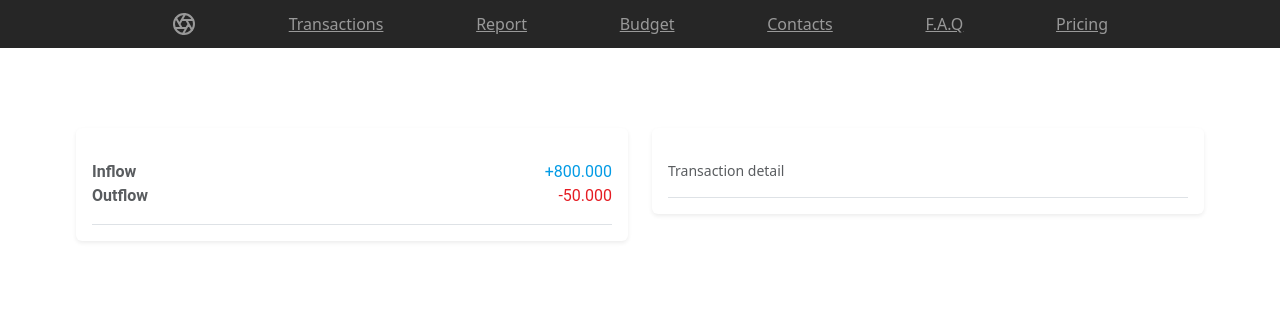
Repository: Nuriddinkhuja/budget-app-advanced
Page: index.html
The author's editor kept a copy of each file at every save. The page is drawn from the files as they stood at one save, then again after the next save.
The browser window is 1280 px wide. The pictures show the whole page.
Some web libraries are served in a nearby version.

Above is the page before, as saved 2019-12-18 14:55:20.

### index.html
<html lang="en">
<head>
    <meta charset="UTF-8">
    <meta name="viewport" content="width=device-width, initial-scale=1.0">
    <meta http-equiv="X-UA-Compatible" content="ie=edge">
    <title>Document</title>
    <link rel="stylesheet" href="https://cdnjs.cloudflare.com/ajax/libs/font-awesome/4.7.0/css/font-awesome.min.css">
    <link rel="stylesheet" href="./node_modules/bootstrap/dist/css/bootstrap.min.css">
    <link rel="stylesheet" href="./css/style.css">
</head>
<body>
    <nav class="site-header sticky-top py-1">
        <div class="container d-flex flex-column flex-md-row justify-content-between">
            <a class="py-2" href="#" aria-label="Product">
            <svg xmlns="http://www.w3.org/2000/svg" width="24" height="24" fill="none" stroke="currentColor" stroke-linecap="round" stroke-linejoin="round" stroke-width="2" class="d-block mx-auto" role="img" viewBox="0 0 24 24" focusable="false"><title>Product</title><circle cx="12" cy="12" r="10"></circle><path d="M14.31 8l5.74 9.94M9.69 8h11.48M7.38 12l5.74-9.94M9.69 16L3.95 6.06M14.31 16H2.83m13.79-4l-5.74 9.94"></path></svg>
            </a>
            <a class="py-2 d-none d-md-inline-block" href="#">Transactions</a>
            <a class="py-2 d-none d-md-inline-block" href="#">Report</a>
            <a class="py-2 d-none d-md-inline-block" href="#">Budget</a>
            <a class="py-2 d-none d-md-inline-block" href="#">Contacts</a>
            <a class="py-2 d-none d-md-inline-block" href="#">F.A.Q</a>
            <a class="py-2 d-none d-md-inline-block" href="#">Pricing</a>
        </div>
    </nav>
    <div class="container-flow">
        <div class="row p-3 p-md-5 m-md-3">
            <div class="col-sm">
                <div class="my-3 p-3 bg-white rounded shadow-sm">
                    <div class="media text-muted pt-3">
                        <div class="media-body pb-3 mb-0 small lh-125 border-bottom border-gray">
                            <div class="d-flex justify-content-between align-items-center w-100">
                                <strong class="text-gray-dark inflow">Inflow</strong>
                                <span class="inflow-value">+800.000</span>
                            </div>
                            <div class="d-flex justify-content-between align-items-center w-100">
                                <strong class="text-gray-dark inflow">Outflow</strong>
                                <span class="outflow-value">-50.000</span>
                            </div>
                        </div>
                    </div>
                </div>
            </div>
            <div class="col-sm">
                <div class="my-3 p-3 bg-white rounded shadow-sm">
                    <div class="media text-muted pt-3">
                        <div class="media-body pb-3 mb-0 small lh-125 border-bottom border-gray">
                            Transaction detail
                        </div>
                    </div>
                </div>
            </div>
        </div>
    </div>

    <script src="./js/jquery.min.js"></script>
    <script src="./node_modules/popper.js/dist/popper.min.js"></script>
    <script src="./node_modules/bootstrap/dist/js/bootstrap.min.js"></script>
    <script src="./js/main.js"></script>
</body>
</html>

### css/style.css
.container {
    max-width: 960px;
  }

  /*
   * Custom translucent site header
   */

.inflow, .inflow-value {
    font-size: 16px;
    font-family: Roboto,sans-serif;
}

.inflow-value {
    color: #039be5;
}

.outflow-value {
    color: #e51c23;
    font-size: 16px;
    font-family: Roboto,sans-serif;
}

.site-header {
    background-color: rgba(0, 0, 0, .85);
    -webkit-backdrop-filter: saturate(180%) blur(20px);
    backdrop-filter: saturate(180%) blur(20px);
}
.site-header a {
    color: #999;
    transition: ease-in-out color .15s;
}

.site-header a:hover {
    color: #fff;
    text-decoration: none;
}

  /*
   * Dummy devices (replace them with your own or something else entirely!)
   */

.product-device {
    position: absolute;
    right: 10%;
    bottom: -30%;
    width: 300px;
    height: 540px;
    background-color: #333;
    border-radius: 21px;
    -webkit-transform: rotate(30deg);
    transform: rotate(30deg);
}

  .product-device::before {
    position: absolute;
    top: 10%;
    right: 10px;
    bottom: 10%;
    left: 10px;
    content: "";
    background-color: rgba(255, 255, 255, .1);
    border-radius: 5px;
  }

  .product-device-2 {
    top: -25%;
    right: auto;
    bottom: 0;
    left: 5%;
    background-color: #e5e5e5;
  }


  /*
   * Extra utilities
   */

  .flex-equal > * {
    -ms-flex: 1;
    flex: 1;
  }
  @media (min-width: 768px) {
    .flex-md-equal > * {
      -ms-flex: 1;
      flex: 1;
    }
  }

  .overflow-hidden { overflow: hidden; }

### js/main.js
var budgetController = (function(){
    //
})();

var UIController = (function() {
    //
})();

var controller = (function(budgetCtrl, UICtrl){
    //
})(budgetController, UIController);

Loaded but not shown: js/jquery.min.js (library)

After the next save:
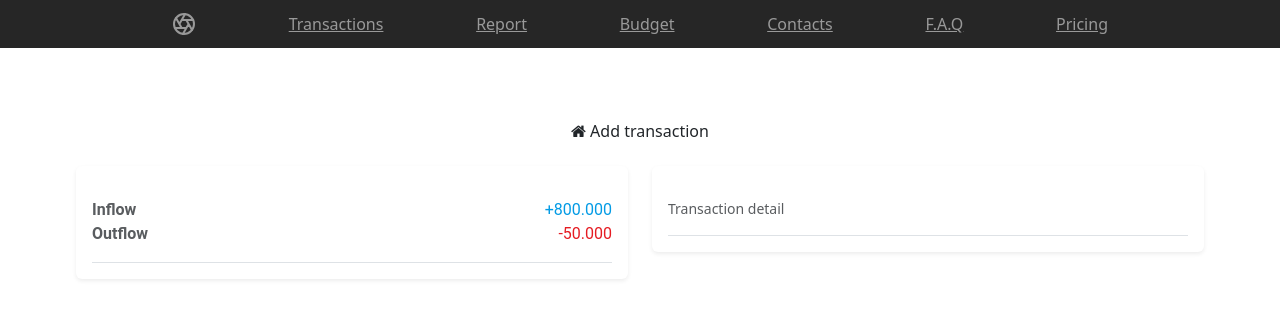
Saved 26 s later.
--- a/index.html
+++ b/index.html
@@ -24,6 +24,7 @@
     </nav>
     <div class="container-flow">
         <div class="row p-3 p-md-5 m-md-3">
+            <button class="btn"><i class="fa fa-home"></i> Add transaction</button>
             <div class="col-sm">
                 <div class="my-3 p-3 bg-white rounded shadow-sm">
                     <div class="media text-muted pt-3">
